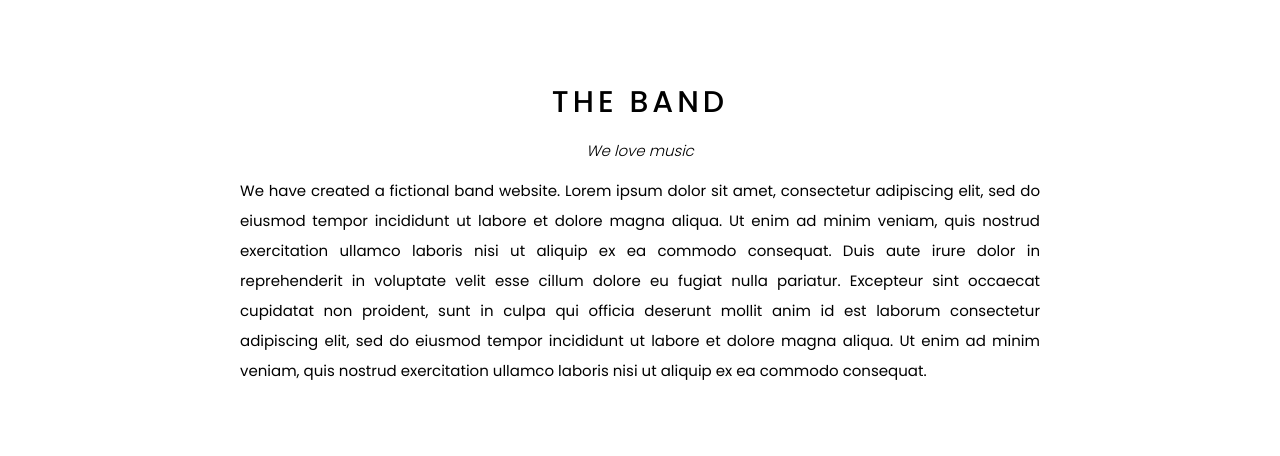
Repository: dptuyen1/the-band
Page: index.html
An editor plug-in stored every save of this project. The page is shown before and after the next save, followed by the edit.
The browser window is 1280 px wide. The pictures show the part of the page from y = 690 to 1146 px (the page is 1146 px tall before and 1104 px after).

Above is the page before, as saved 2023-06-02 14:50:49.

After the next save:
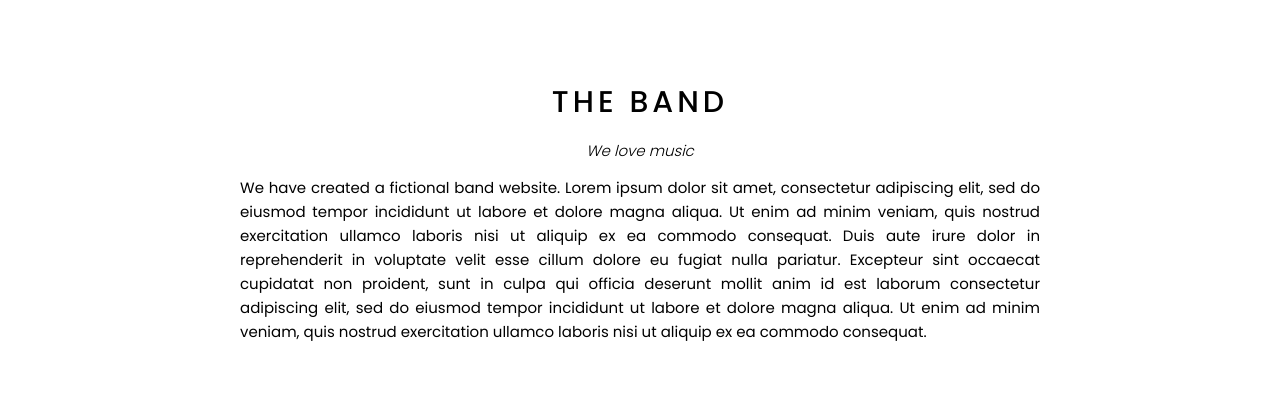
Saved 6 s later.
--- a/assets/css/style.css
+++ b/assets/css/style.css
@@ -157,7 +157,7 @@
 .about-text {
   font-size: 1.5rem;
   text-align: justify;
-  line-height: 2;
+  line-height: 1.6;
 }
 
 #footer {

After the save that followed:
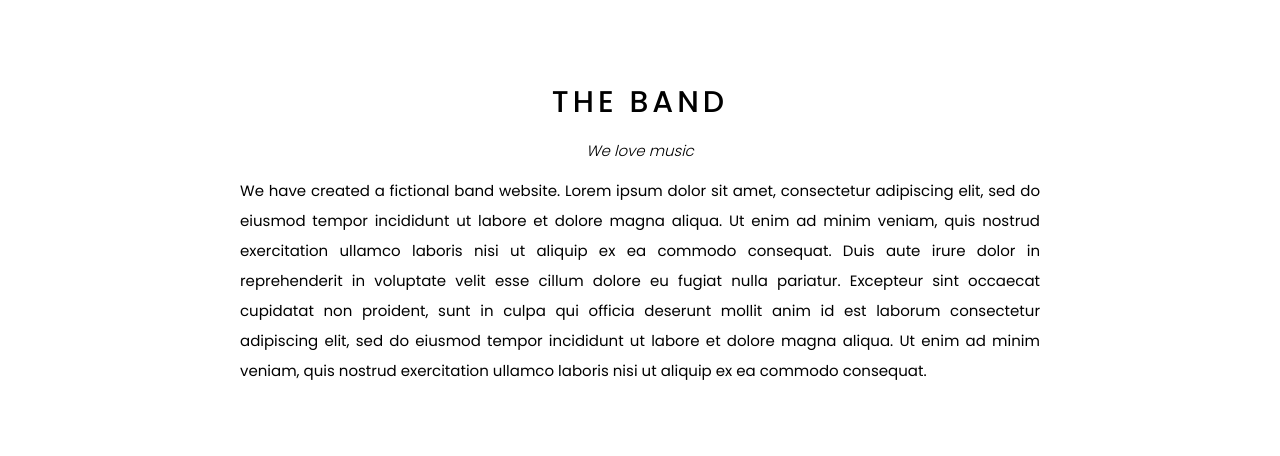
Saved 6 s later.
--- a/assets/css/style.css
+++ b/assets/css/style.css
@@ -157,7 +157,7 @@
 .about-text {
   font-size: 1.5rem;
   text-align: justify;
-  line-height: 1.6;
+  line-height: 2;
 }
 
 #footer {
